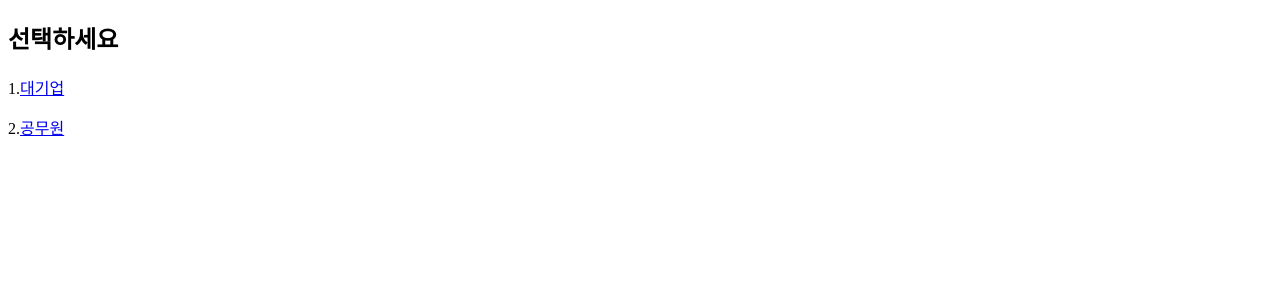
Repository: Hongjeongmin/university
Page: webprograming/test/test/WebContent/a.html
The author's editor kept a copy of each file at every save. The page is drawn from the files as they stood at one save, then again after the next save.
The browser window is 1280 px wide. The pictures show the whole page.

Above is the page before, as saved 2018-09-13 05:32:36.

### webprograming/test/test/WebContent/a.html
<!DOCTYPE html>
<html>
<head>
<meta charset="UTF-8">
<title>화면1</title>
</head>
<body>
<h2>선택하세요</h2><p><p>

1.<a href="b.html" target="_blank">대기업</a><p>
2.<a href="c.html" target="_blank">공무원</a><p>
</html>

After the next save:
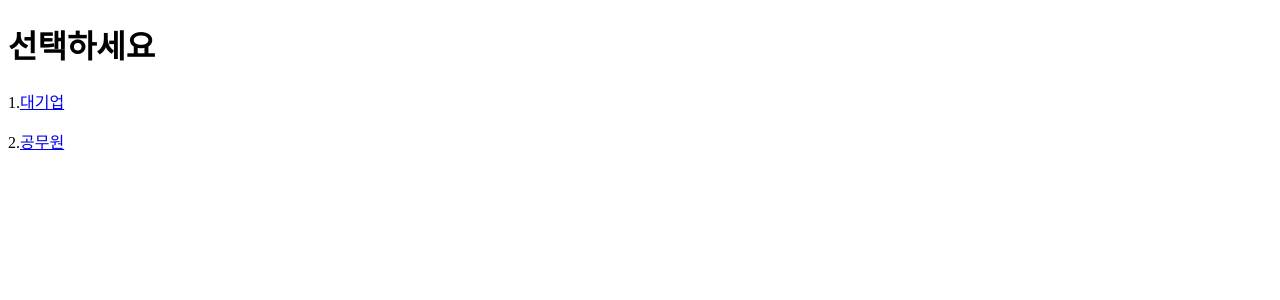
Saved 16 s later.
--- a/webprograming/test/test/WebContent/a.html
+++ b/webprograming/test/test/WebContent/a.html
@@ -5,7 +5,7 @@
 <title>화면1</title>
 </head>
 <body>
-<h2>선택하세요</h2><p><p>
+<h1>선택하세요</h1><p><p>
 
 1.<a href="b.html" target="_blank">대기업</a><p>
 2.<a href="c.html" target="_blank">공무원</a><p>

After the save that followed:
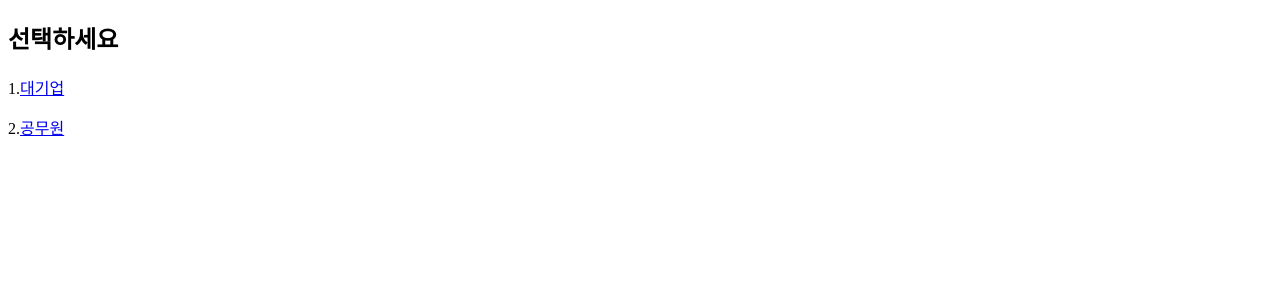
Saved 30 s later.
--- a/webprograming/test/test/WebContent/a.html
+++ b/webprograming/test/test/WebContent/a.html
@@ -5,7 +5,7 @@
 <title>화면1</title>
 </head>
 <body>
-<h1>선택하세요</h1><p><p>
+<h2>선택하세요</h2><p><p>
 
 1.<a href="b.html" target="_blank">대기업</a><p>
 2.<a href="c.html" target="_blank">공무원</a><p>
